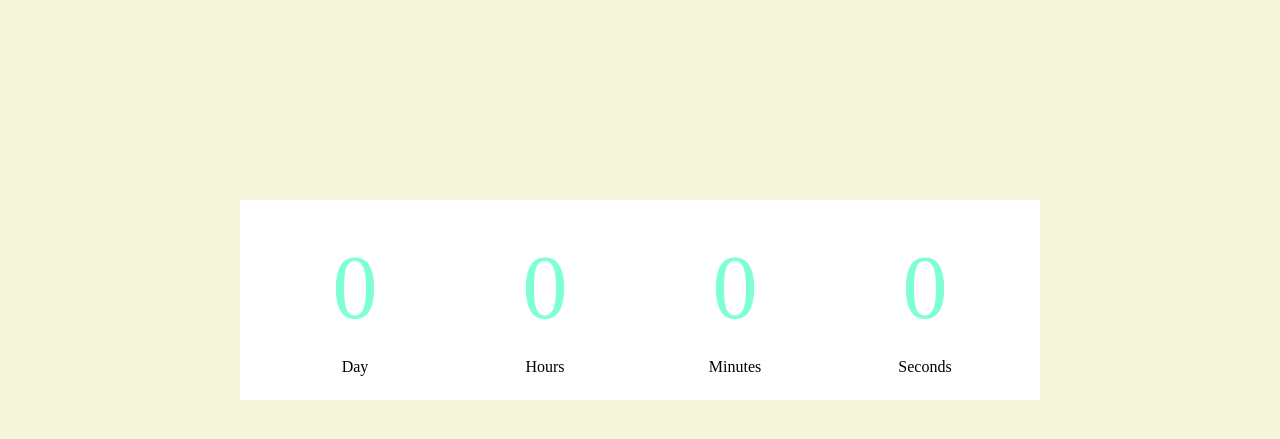
Repository: tienbkvn0605/counddown-demo
Page: index.html
The author's editor kept a copy of each file at every save. The page is drawn from the files as they stood at one save, then again after the next save.
The browser window is 1280 px wide. The pictures show the whole page.

Above is the page before, as saved 2022-10-04 23:25:40.

### index.html
<!DOCTYPE html>
<html lang="en">
  <head>
    <meta charset="UTF-8" />
    <meta http-equiv="X-UA-Compatible" content="IE=edge" />
    <meta name="viewport" content="width=device-width, initial-scale=1.0" />
    <link rel="stylesheet" href="resetcss.css" />
    <link rel="stylesheet" href="style.css" />
    <title>Document</title>
  </head>
  <body>
    <ul class="countdown">
      <li>
        <span class="number days">0</span>
        <span class="text">Day</span>
      </li>
      <li>
        <span class="number hours">0</span>
        <span class="text">Hours</span>
      </li>
      <li>
        <span class="number minutes">0</span>
        <span class="text">Minutes</span>
      </li>
      <li>
        <span class="number seconds">0</span>
        <span class="text">Seconds</span>
      </li>
    </ul>
  </body>
  <script src="app.js"></script>
</html>

### resetcss.css
*,
*::before,
*::after {
  box-sizing: border-box;
}
* {
  margin: 0;
  padding: 0;
  font: inherit;
}
body {
  line-height: 1.5;
}
img,
picture,
video,
canvas,
svg {
  display: block;
  max-width: 100%;
}
input,
button,
textarea,
select {
  outline: none;
}
p,
h1,
h2,
h3,
h4,
h5,
h6 {
  overflow-wrap: break-word;
}

### style.css
body {
  background-color: beige;
}
ul {
  list-style: none;
}
.countdown {
  width: 800px;
  height: 200px;
  margin: 200px auto;
  background-color: white;
  display: grid;
  grid-template-columns: repeat(4, 1fr);
  padding: 20px;
}
.countdown li {
  display: flex;
  align-items: center;
  flex-direction: column;
}
.number {
  font-size: 90px;
  color: aquamarine;
}

Loaded but not shown: app.js (no copy from this time; the picture is the same without it)

After the next save:
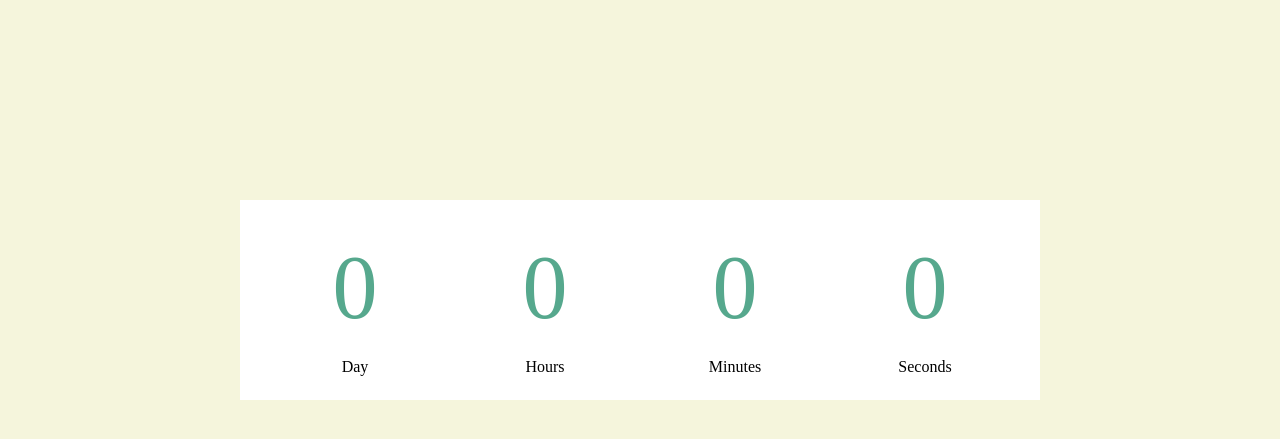
Saved 10 s later.
--- a/style.css
+++ b/style.css
@@ -20,5 +20,5 @@ ul {
 }
 .number {
   font-size: 90px;
-  color: aquamarine;
+  color: rgb(86, 168, 141);
 }
